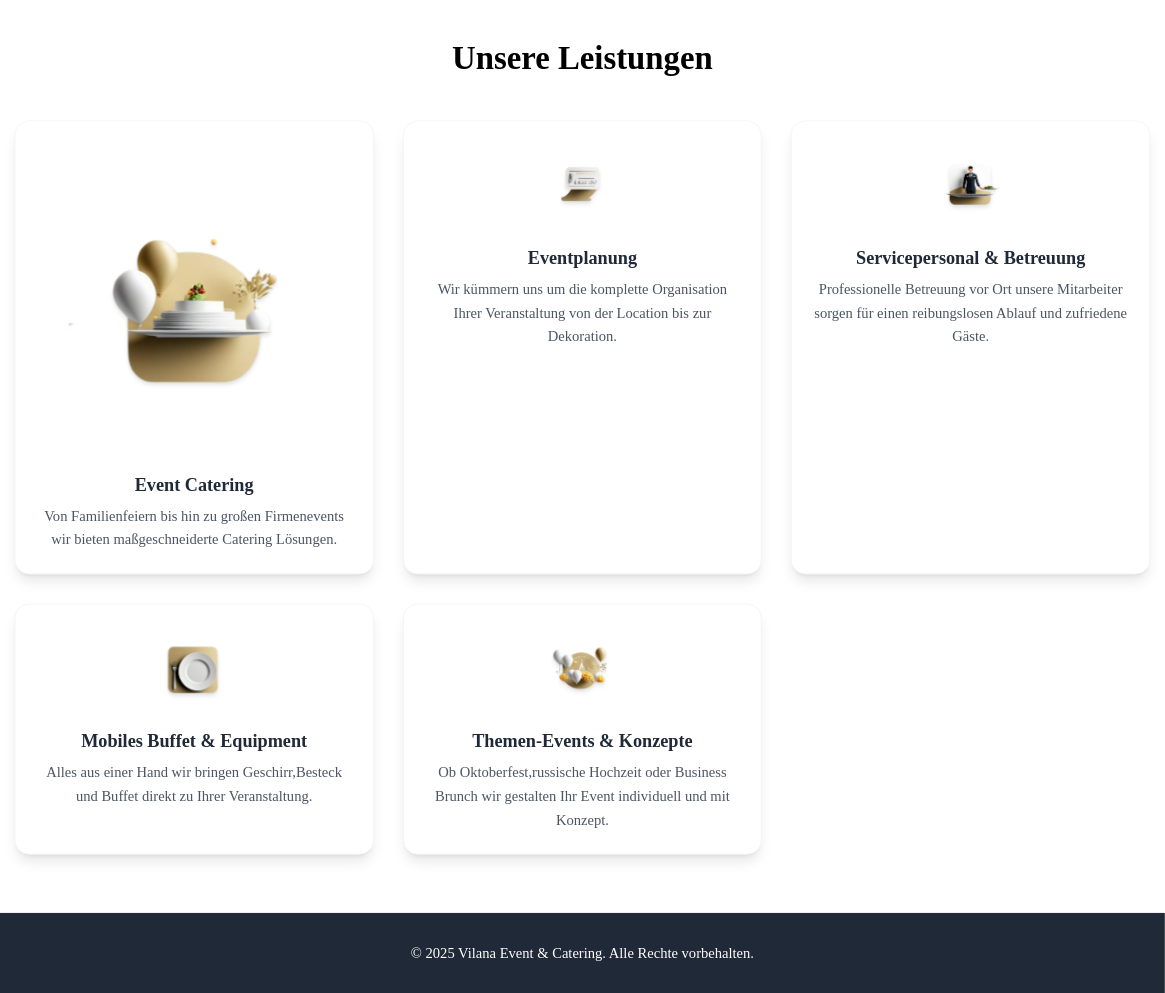
Repository: NikolajMalisch/vilana
Page: index.html
These files come from the project's save history. The page is drawn as it stood at one moment and after a run of saves; the edit follows.
The browser window is 1280 px wide. The pictures show the part of the page from y = 820 to 1937 px (the page is 1911 px tall before and 1937 px after), at 91% of full size.
A picture or video elsewhere on the page could not be fetched, so the positions and the page height are approximate. Some web fonts or font styles are not loaded; a fallback is used. Some web libraries are served in a nearby version.

Above is the page before, as saved 2025-08-01 08:39:28.

### index.html
<head>
    <meta charset="UTF-8" />
    <meta name="viewport" content="width=device-width, initial-scale=1.0" />
    <title>Vilana Event & Catering</title>

    <!-- Tailwind CSS -->
    <script src="https://cdn.tailwindcss.com"></script>

    <!-- Google Fonts -->
    <link href="https://fonts.googleapis.com/css2?family=Cinzel+Decorative&family=Cormorant+SC:wght@400;500;700&display=swap" rel="stylesheet" />

    <!-- Benutzerdefinierte Schriftarten anwenden -->
    <style>
    body {
        font-family: 'Cormorant SC', serif;
        background-color: #fdfaf6;
    }

    h1, h2, h3, p, span {
        font-family: 'Cormorant SC', serif;
    }

    .logo-container {
        display: flex;
        align-items: baseline;
        gap: 0.3rem;
        margin-top: 4px;
    }

    .logo-title {
        font-family: 'Cinzel Decorative', cursive;
        font-size: 1.8rem;
        font-weight: 500;
        letter-spacing: 0.5px;
        line-height: 1.1;
        margin-bottom: 2px;
      color: #1f2937; /* Tailwind gray-800 */
    }

    .logo-subtitle {
        font-family: 'Cormorant SC', serif;
        font-size: 1.2rem;
        font-weight: 400;
        letter-spacing: 0.2px;
        line-height: 1;
        margin-top: 0;
      color: #1f2937; /* Tailwind gray-800 */
    }

    .lang-de, .lang-ru {
        display: none;
    }

    .lang-active {
        display: block;
    }
    </style>
</head>


<body>

<!-- Header -->
    <header class="bg-white shadow-md">
    <div class="container mx-auto px-4 py-4 flex justify-between items-center">
    <div class="logo-container">
        <h1 class="logo-title">Vilana</h1>
        <span class="logo-subtitle">Event & Catering</span>
    </div>

    <!-- Navigation -->
    <div class="flex items-center">
        <nav class="hidden md:flex space-x-8 mr-8">
        <a href="#home" class="text-gray-800 hover:text-amber-800">Startseite</a>
        <a href="#services" class="text-gray-800 hover:text-amber-800">Leistungen</a>
        <a href="menu.html" class="text-gray-800 hover:text-amber-800">Menü</a>
        <a href="galerie.html" class="text-gray-800 hover:text-amber-800">Galerie</a>
        <a href="about.html" class="text-gray-800 hover:text-amber-800">Über uns</a>
        <a href="contact.html" class="text-gray-800 hover:text-amber-800">Kontakt</a>
        </nav>

        <!-- Language Switcher -->
        <div class="language-selector">
        <button onclick="setLanguage('de')" class="px-2 lang-active">🇩🇪</button>
        <button onclick="setLanguage('ru')" class="px-2">🇷🇺</button>
        </div>

        <!-- Mobile Menu Button -->
        <button onclick="toggleMobileMenu()" class="md:hidden text-gray-700 ml-4">
        <svg xmlns="http://www.w3.org/2000/svg" class="h-6 w-6" fill="none" viewBox="0 0 24 24" stroke="currentColor">
            <path stroke-linecap="round" stroke-linejoin="round" stroke-width="2" d="M4 6h16M4 12h16M4 18h16" />
        </svg>
        </button>
    </div>
    </div>

    <!-- Mobile Navigation -->
    <div id="mobile-menu" class="hidden md:hidden bg-white py-2 px-4 shadow-lg">
    <nav class="flex flex-col space-y-3">
        <a href="#home" class="text-gray-800 hover:text-amber-800">Startseite</a>
        <a href="#services" class="text-gray-800 hover:text-amber-800">Leistungen</a>
        <a href="menu.html" class="text-gray-800 hover:text-amber-800">Menü</a>
        <a href="galerie.html" class="text-gray-800 hover:text-amber-800">Galerie</a>
        <a href="about.html" class="text-gray-800 hover:text-amber-800">Über uns</a>
        <a href="contact.html" class="text-gray-800 hover:text-amber-800">Kontakt</a>
    </nav>
    </div>
</header>

<!-- Hero Section -->
<section id="home" class="bg-[#0e0e0e] text-white py-20 flex items-center justify-center text-center">
    <div class="container mx-auto px-4">
    <img src="images/vilana_logo.png" alt="Vilana Logo" class="h-60 sm:h-80 mx-auto drop-shadow-lg transition-transform duration-300 hover:scale-105">
    <p class="text-xl md:text-2xl mb-4 max-w-2xl mx-auto lang lang-de">Liebe zum Detail</p>
    <p class="text-xl md:text-2xl mb-4 max-w-2xl mx-auto lang lang-ru">Любовь к деталям</p>
    <p class="text-lg md:text-xl mb-8 max-w-2xl mx-auto lang lang-de">Erleben Sie Catering neu mit Liebe, Geschmack und Stil</p>
    <p class="text-lg md:text-xl mb-8 max-w-2xl mx-auto lang lang-ru">Откройте для себя кейтеринг заново – с любовью, вкусом и стилем</p>
    <a href="contact.html" class="bg-amber-600 hover:bg-amber-700 text-white font-bold py-3 px-8 rounded-full transition duration-300 inline-block lang lang-de">Kontaktieren Sie uns</a>
    <div class="mt-12 text-3xl animate-bounce text-white">↓</div>
    </div>
</section>

<!-- Leistungen -->
<section id="services" class="py-16 bg-white">
<div class="container mx-auto px-4">
    <h2 class="text-3xl md:text-4xl font-bold text-center mb-12 lang lang-de">Unsere Leistungen</h2>
    <h2 class="text-3xl md:text-4xl font-bold text-center mb-12 lang lang-ru">Наши услуги</h2>

    <div class="grid grid-cols-1 md:grid-cols-2 lg:grid-cols-3 gap-8">

    <!-- Event Catering -->
    <div class="bg-white rounded-2xl p-6 shadow-lg hover:shadow-2xl transition-shadow duration-300 border border-gray-100">
        <img src="images/Без названия (500 x 500 пикс.) new/Catering.png" alt="Event Catering" class="w-25 h-25 mb-4 mx-auto drop-shadow-md">
        <h3 class="text-xl font-semibold text-center text-gray-800 mb-2 lang lang-de">Event Catering</h3>
        <h3 class="text-xl font-semibold text-center text-gray-800 mb-2 lang lang-ru">Кейтеринг</h3>
        <p class="text-gray-600 text-center leading-relaxed lang lang-de">Von Familienfeiern bis hin zu großen Firmenevents wir bieten maßgeschneiderte Catering Lösungen.</p>
        <p class="text-gray-600 text-center leading-relaxed lang lang-ru">От семейных праздников до крупных корпоративов мы предлагаем кейтеринг решения под ключ.</p>
    </div>

    <!-- Eventplanung -->
    <div class="bg-white rounded-2xl p-6 shadow-lg hover:shadow-2xl transition-shadow duration-300 border border-gray-100">
        <img src="images/Без названия (500 x 500 пикс.) new/Eventplanung.png" alt="Eventplanung" class="w-24 h-24 mb-4 mx-auto drop-shadow-md">
        <h3 class="text-xl font-semibold text-center text-gray-800 mb-2 lang lang-de">Eventplanung</h3>
        <h3 class="text-xl font-semibold text-center text-gray-800 mb-2 lang lang-ru">Планирование мероприятий</h3>
        <p class="text-gray-600 text-center leading-relaxed lang lang-de">Wir kümmern uns um die komplette Organisation Ihrer Veranstaltung von der Location bis zur Dekoration.</p>
        <p class="text-gray-600 text-center leading-relaxed lang lang-ru">Мы берём на себя всю организацию вашего мероприятия от выбора площадки до оформления зала.</p>
    </div>

    <!-- Servicepersonal -->
    <div class="bg-white rounded-2xl p-6 shadow-lg hover:shadow-2xl transition-shadow duration-300 border border-gray-100">
        <img src="images/Без названия (500 x 500 пикс.) new/Service.png" alt="Servicepersonal" class="w-24 h-24 mb-4 mx-auto drop-shadow-md">
        <h3 class="text-xl font-semibold text-center text-gray-800 mb-2 lang lang-de">Servicepersonal & Betreuung</h3>
        <h3 class="text-xl font-semibold text-center text-gray-800 mb-2 lang lang-ru">Персонал и сопровождение</h3>
        <p class="text-gray-600 text-center leading-relaxed lang lang-de">Professionelle Betreuung vor Ort unsere Mitarbeiter sorgen für einen reibungslosen Ablauf und zufriedene Gäste.</p>
        <p class="text-gray-600 text-center leading-relaxed lang lang-ru">Профессиональное сопровождение наши сотрудники обеспечат безупречное проведение мероприятия.</p>
    </div>

    <!-- Mobiles Buffet -->
    <div class="bg-white rounded-2xl p-6 shadow-lg hover:shadow-2xl transition-shadow duration-300 border border-gray-100">
        <img src="images/Без названия (500 x 500 пикс.) new/Besteck.png" alt="Mobiles Buffet" class="w-24 h-24 mb-4 mx-auto drop-shadow-md">
        <h3 class="text-xl font-semibold text-center text-gray-800 mb-2 lang lang-de">Mobiles Buffet & Equipment</h3>
        <h3 class="text-xl font-semibold text-center text-gray-800 mb-2 lang lang-ru">Мобильный буфет и оборудование</h3>
        <p class="text-gray-600 text-center leading-relaxed lang lang-de">Alles aus einer Hand wir bringen Geschirr,Besteck und Buffet direkt zu Ihrer Veranstaltung.</p>
        <p class="text-gray-600 text-center leading-relaxed lang lang-ru">Всё под ключ мы привозим посуду,приборы и буфет прямо на место проведения.</p>
    </div>

    <!-- Themen-Events -->
    <div class="bg-white rounded-2xl p-6 shadow-lg hover:shadow-2xl transition-shadow duration-300 border border-gray-100">
        <img src="images/Без названия (500 x 500 пикс.) new/Themen.png" alt="Themen Events" class="w-24 h-24 mb-4 mx-auto drop-shadow-md">
        <h3 class="text-xl font-semibold text-center text-gray-800 mb-2 lang lang-de">Themen-Events & Konzepte</h3>
        <h3 class="text-xl font-semibold text-center text-gray-800 mb-2 lang lang-ru">Тематические мероприятия</h3>
        <p class="text-gray-600 text-center leading-relaxed lang lang-de">Ob Oktoberfest,russische Hochzeit oder Business Brunch wir gestalten Ihr Event individuell und mit Konzept.</p>
        <p class="text-gray-600 text-center leading-relaxed lang lang-ru">Октоберфест,русская свадьба или деловой бранч мы оформим ваше мероприятие с уникальной концепцией.</p>
    </div>

    </div>
</div>
</section>


<!-- Footer -->
<footer class="bg-gray-800 text-white py-8">
    <div class="container mx-auto px-4 text-center">
    <p>&copy; 2025 Vilana Event & Catering. Alle Rechte vorbehalten.</p>
    </div>
</footer>

<!-- Language Switch & Mobile Menu -->
<script>
function setLanguage(lang) {
    document.querySelectorAll('.lang').forEach(el => el.classList.remove('lang-active'));
    document.querySelectorAll('.lang-' + lang).forEach(el => el.classList.add('lang-active'));
}

    function toggleMobileMenu() {
    const menu = document.getElementById("mobile-menu");
    menu.classList.toggle("hidden");
    }

  // Default language
    setLanguage('de');
</script>

</body>
</html>

After the next 3 saves:
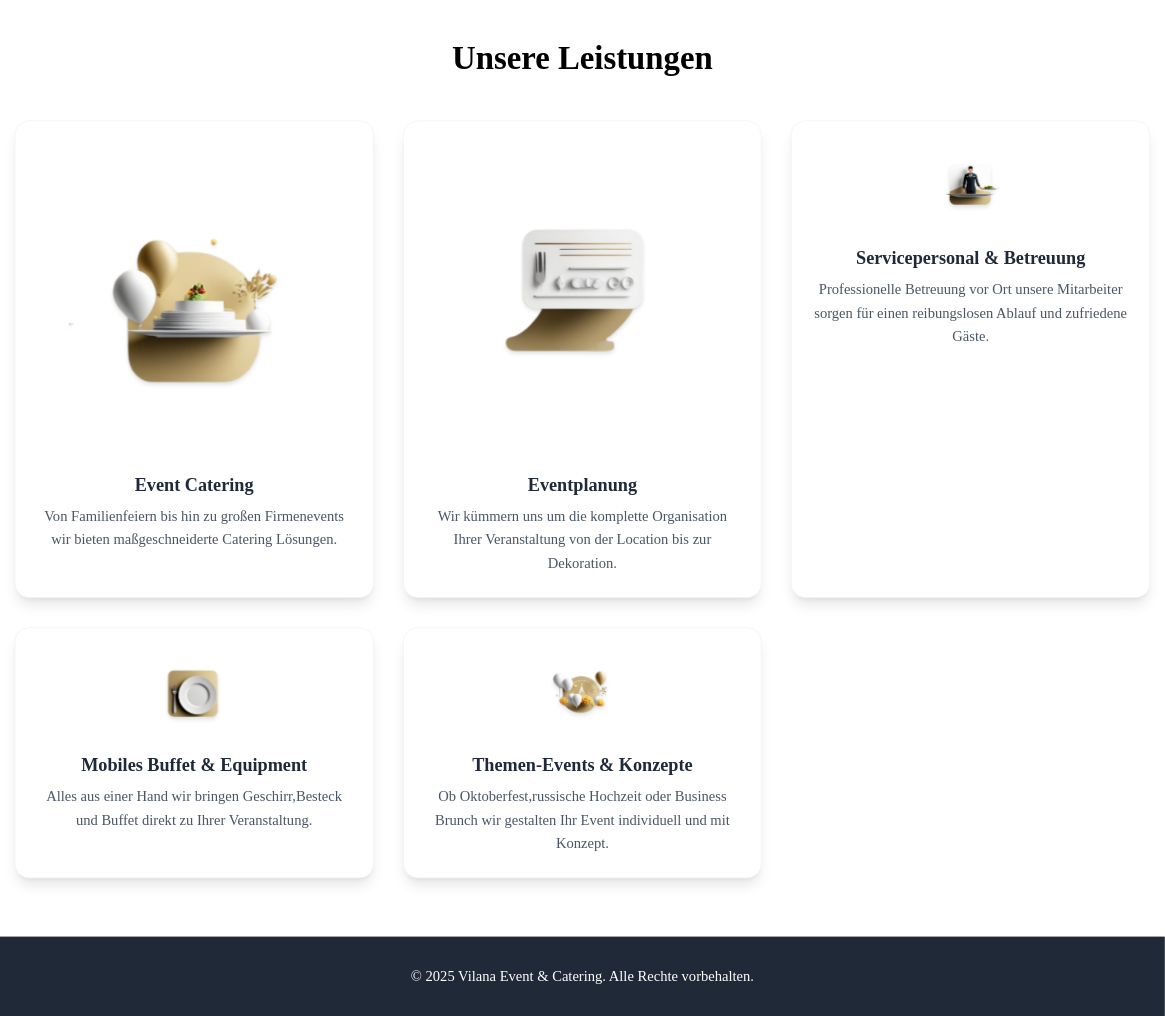
The 3 saves are shown as one change because they came seconds apart.
The last was saved 21 s later.
--- a/index.html
+++ b/index.html
@@ -139,7 +139,7 @@
 
     <!-- Eventplanung -->
     <div class="bg-white rounded-2xl p-6 shadow-lg hover:shadow-2xl transition-shadow duration-300 border border-gray-100">
-        <img src="images/Без названия (500 x 500 пикс.) new/Eventplanung.png" alt="Eventplanung" class="w-24 h-24 mb-4 mx-auto drop-shadow-md">
+        <img src="images/Без названия (500 x 500 пикс.) new/Eventplanung.png" alt="Eventplanung" class="w-25 h-25 mb-4 mx-auto drop-shadow-md">
         <h3 class="text-xl font-semibold text-center text-gray-800 mb-2 lang lang-de">Eventplanung</h3>
         <h3 class="text-xl font-semibold text-center text-gray-800 mb-2 lang lang-ru">Планирование мероприятий</h3>
         <p class="text-gray-600 text-center leading-relaxed lang lang-de">Wir kümmern uns um die komplette Organisation Ihrer Veranstaltung von der Location bis zur Dekoration.</p>
